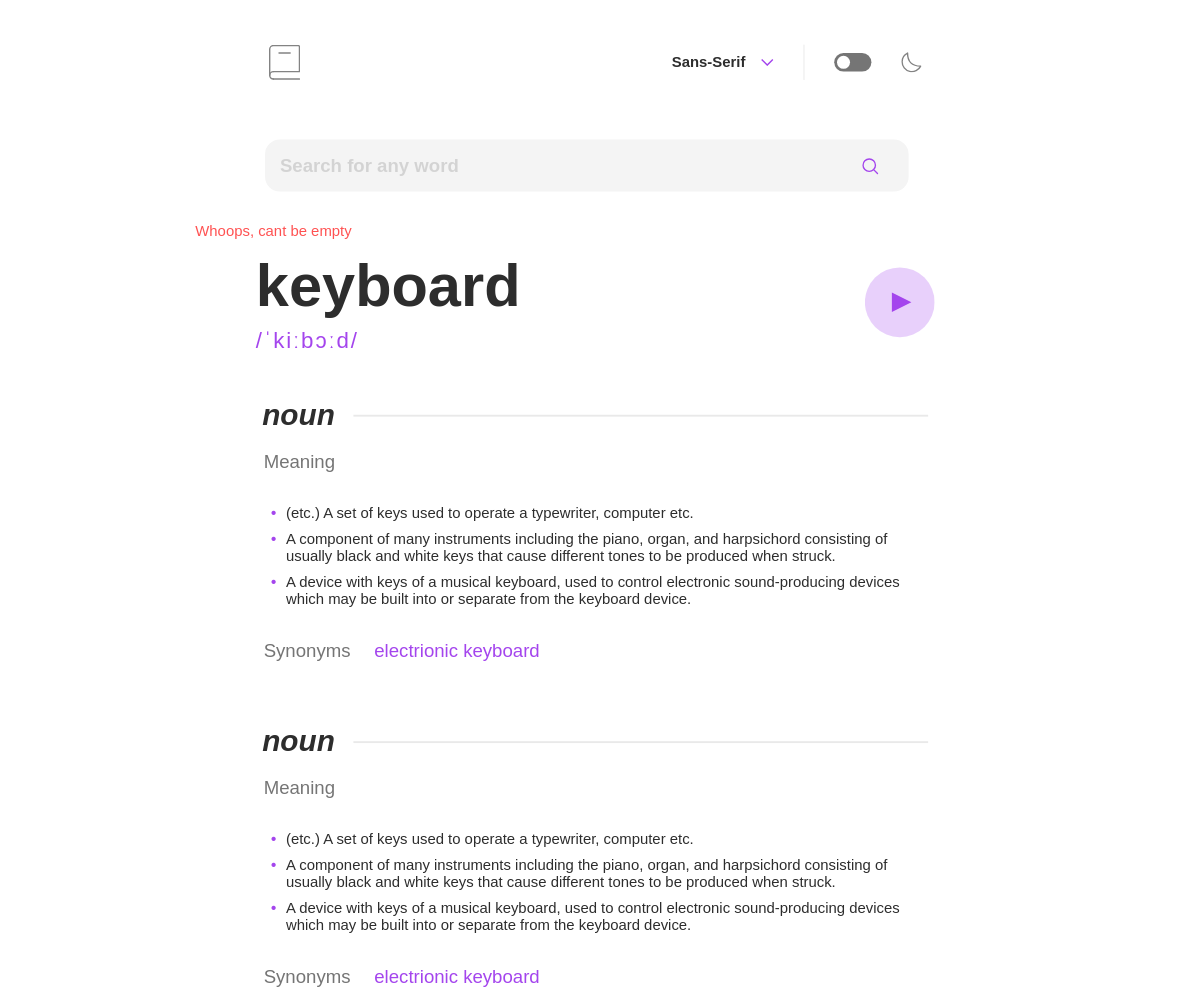
Repository: Arkitecth/dictionary-app
Page: index.html
An editor plug-in stored every save of this project. The page is shown before and after the next save, followed by the edit.
The browser window is 1280 px wide. The pictures show the whole page, at 93% of full size.

Above is the page before, as saved 2023-07-21 17:44:17.

After the next save:
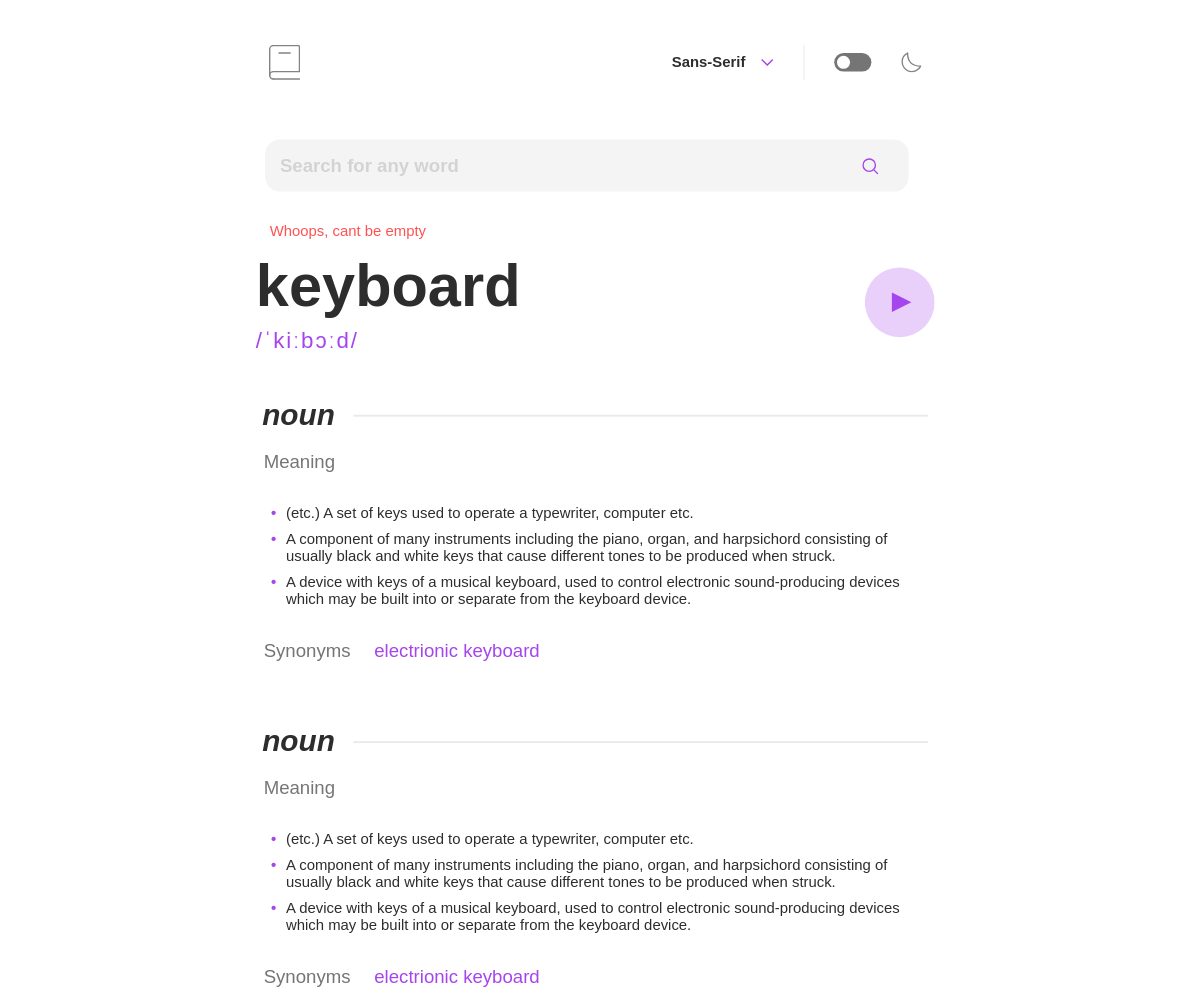
Saved 13 s later.
--- a/styles.css
+++ b/styles.css
@@ -291,7 +291,7 @@
     color: var(--red);
     position: absolute;
     top: 90px;
-    left: 120px;
+    left: 200px;
 }
 
 
